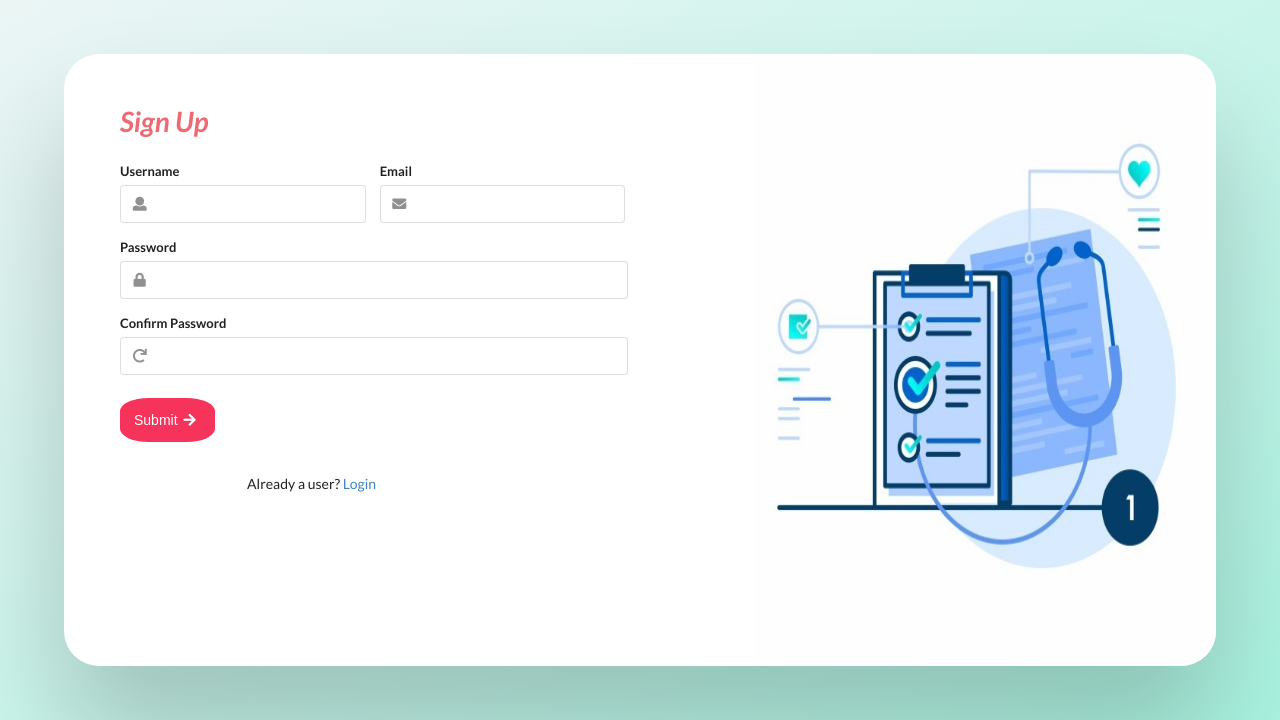
Repository: ajayaj2001/healthcare-digitization
Page: /register
The author's editor kept a copy of each file at every save. The page is drawn from the files as they stood at one save, then again after the next save.
The browser window is 1280 px wide. The pictures show the whole page.
The project was rebuilt for these pictures with package versions that can differ from the ones it lists, and the page was loaded fresh each time. Also part of the build but not shown: src/component/userType/UserType.scss, src/component/userType/UserType.js, src/component/login/Login.scss, src/component/login/loginForm/LoginForm.scss, src/component/login/loginForm/LoginForm.js, src/component/login/Login.js, src/component/doctorRegister/DoctorRegister.scss, src/component/doctorRegister/doctorRegisterForm/DoctorRegisterForm.js and 1 more.

Above is the page before, as saved 2021-03-13 11:37:08.

### public/index.html
<!DOCTYPE html>
<html lang="en">

<head>
  <meta charset="utf-8" />
  <meta name="viewport" content="width=device-width, initial-scale=1" />
  <meta name="theme-color" content="#000000" />
  <meta name="description" content="Web site created using create-react-app" />
  <link rel="stylesheet" href="https://fonts.googleapis.com/css?family=Roboto:300,400,500,700&display=swap" />
  <link rel="stylesheet" href="https://fonts.googleapis.com/icon?family=Material+Icons" />

  <!--
      manifest.json provides metadata used when your web app is installed on a
      user's mobile device or desktop. See https://developers.google.com/web/fundamentals/web-app-manifest/
    -->
  <!-- <link rel="manifest" href="%PUBLIC_URL%/manifest.json" /> -->
  <!--
      Notice the use of %PUBLIC_URL% in the tags above.
      It will be replaced with the URL of the `public` folder during the build.
      Only files inside the `public` folder can be referenced from the HTML.

      Unlike "/favicon.ico" or "favicon.ico", "%PUBLIC_URL%/favicon.ico" will
      work correctly both with client-side routing and a non-root public URL.
      Learn how to configure a non-root public URL by running `npm run build`.
    -->
  <title>medical</title>
</head>

<body>
  <noscript>You need to enable JavaScript to run this app.</noscript>
  <div id="root"></div>
  <!--
      This HTML file is a template.
      If you open it directly in the browser, you will see an empty page.

      You can add webfonts, meta tags, or analytics to this file.
      The build step will place the bundled scripts into the <body> tag.

      To begin the development, run `npm start` or `yarn start`.
      To create a production bundle, use `npm run build` or `yarn build`.
    -->
</body>

</html>

### src/index.js
import React from 'react';
import ReactDOM from 'react-dom';
import './index.scss';
import App from './component/app/App';
import 'semantic-ui-css/semantic.min.css'


ReactDOM.render(
  // <React.StrictMode>
    <App />
  // </React.StrictMode>
  ,
  document.getElementById('root')
);

### src/index.scss
code {
  font-family: source-code-pro, Menlo, Monaco, Consolas, "Courier New", monospace;
}
@mixin respond($breakpoint) {
  @if $breakpoint == phone {
    @media (max-width: 37.5em) {
      @content;
    }
  }

  @if $breakpoint == tab-land {
    @media (max-width: 75em) {
      @content;
    }
  }
  @if $breakpoint == tab-port {
    @media (max-width: 56.25em) {
      @content;
    }
  }
  @if $breakpoint == big-desktop {
    @media (min-width: 112.5em) {
      @content;
    }
  }
}

*,
*::after,
*::before {
  margin: 0;
  padding: 0;
  box-sizing: inherit;
}
body {
  font-family: "Lato", sans-serif;
  font-weight: 400;
  font-size: 16px;
  line-height: 1.7;
  color: #777;
  //padding: 30px;
  box-sizing: border-box;
  @include respond(tab-port) {
    padding: 0;
  }
}

html {
  font-size: 62.5%; //1rem=10px 10px/16px=62.5%
  @include respond(tab-land) {
    //width <1200
    font-size: 56.25%; //1rem=9px
  }
  @include respond(tab-port) {
    //<width <900
    font-size: 50%; //1rem=8px
  }
  // @include respond(phone) {
  //     //<width<600
  //     font-size: 40%; //1rem=4.8px
  // }
  @include respond(big-desktop) {
    //>1200
    font-size: 75%; //1rem=12
  }
}

### src/component/app/App.js
import './App.scss';

import UserType from "../userType/UserType";
import Login from '../login/Login';
import Register from '../register/Register';
import { BrowserRouter as Router,Route,Switch } from 'react-router-dom';
import DoctorRegister from '../doctorRegister/DoctorRegister';

function App() {
  return (
    <Router>
       <Switch>
          <Route path="/login">
           <Login/>
          </Route>
          <Route path="/register">
           <Register/>
          </Route>
          <Route path="/doctorRegister">
            <DoctorRegister/>
          </Route>
          <Route path="/">
            <UserType/>
          </Route>

        </Switch>
    {/* <div className="App">
    </div> */}
    </Router>
  );
}

export default App;

### src/component/register/Register.js
import React from 'react'

import './Register.scss'
import sideImage from '../../img/img-3.jpg'
import RegisterForm from './registerForm/RegisterForm'

const Register = () => {
    return (
        <div className="container">
            <div className="register">
                <div className="register__signup">
                    <div className="register__signup--form"><RegisterForm /></div>
                </div>

                <img src={sideImage} alt="rocket" className="register__image" />
            </div>
        </div>
    )
}

export default Register

### src/component/register/Register.scss
.container {
    margin: 0;
    background-image: linear-gradient(to right bottom, #ebf5f5, #9af1dbd8);
    height: 100vh;
    display: flex;
    justify-content: center;
    align-items: center;
}

.register {
    background-color: white;
    width: 90%;
    height: 85%;
    display: grid;
    grid-template-columns: 60% 40%;
    @media (max-width: 65em) {
        grid-template-columns: 100%;
      }
    border-radius: 2.5rem;
    overflow: hidden;
    box-shadow: 0 5rem 8rem rgba(black, 0.2);
    &__signup {
        display: flex;
        flex-direction: column;
        justify-content: space-between;

        &--form {
            height: 70%;
        }
    }

    &__image {
        width: 100%;
        height: 100%;
    }
    @media (max-width: 65em) {
        &__image {
            display: none;
        }
      }
}

### src/component/register/registerForm/RegisterForm.js
import React, { useState } from 'react'
import { Form, Icon, Message } from 'semantic-ui-react'
import { Link } from 'react-router-dom';
// import firebase from '../../../../firebase';
import './RegisterForm.scss'
const RegisterForm = () => {

    const [errors, seterrors] = useState("")
    const [username, setUsername] = useState("");
    const [email, setEmail] = useState("");
    const [password, setPassword] = useState("");
    const [confirmPassword, setConfirmPassword] = useState("");
    const [loading, setLoading] = useState(false);
    // const [usersRef] = useState(firebase.database().ref('users'));




    const isFormValid = () => {
        if (!username || !email || !password || !confirmPassword) {
            seterrors("Fill all the fields");
            return false;
        }
        else if (password.length < 6 || confirmPassword.length < 6) {
            if (password !== confirmPassword) {
                seterrors("Password dont match")
                return false;
            }
            else {
                seterrors("Password atleast have 6 character")
                return false;
            }
        }
        else {
            return true;
        }
    }


    const formSubmit = (event) => {
        event.preventDefault();
        if (isFormValid()) {
            setLoading(true)
            // firebase
            //     .auth()
            //     .createUserWithEmailAndPassword(email, password)
            //     .then(createdUser => {
            //         seterrors("");
            //         createdUser.user.updateProfile({
            //             displayName: username,
            //             photoURL: `http://gravatar.com/avatar/${md5(createdUser.user.email)}?d=identicon`
            //         })
            //             .then(() => {
            //                 usersRef.child(createdUser.user.uid).set({
            //                     name: createdUser.user.displayName,
            //                     avatar: createdUser.user.photoURL
            //                 });
            //                 setLoading(false);
            //             })
            //             .catch((err) => {
            //                 console.log(err);
            //                 setLoading(false);
            //                 seterrors(err.message);
            //             })
            //     })
            //     .catch(err => {
            //         seterrors(err.message);
            //         setLoading(false);
            //     });
        }
    }


    return (
        <div className="registerform">
            {
                errors ? <Message error className="registerform__error" ><h2>{errors}</h2></Message> : ""

            }

            <h4 className="registerform__heading">Sign Up </h4>
            <Form onSubmit={formSubmit}>
                <Form.Group >
                    <Form.Input
                        fluid
                        id='form-subcomponent-shorthand-input-first-name'
                        label='Username'
                        className="registerform__input1"
                        icon="user"
                        iconPosition="left"
                        type="text"
                        onChange={(event) => setUsername(event.target.value)}
                        value={username}
                    />
                    <Form.Input
                        fluid
                        id='form-subcomponent-shorthand-input-last-name'
                        label='Email'
                        icon="mail"
                        iconPosition="left"
                        type="email"
                        onChange={(event) => setEmail(event.target.value)}
                        value={email}

                        className={errors.toLowerCase().includes('email') ? 'error  registerform__input1' : ' registerform__input1'}
                    />
                </Form.Group>
                <Form.Input
                    fluid
                    name="username"
                    icon="lock"
                    iconPosition="left"
                    label="Password"
                    type="password"
                    onChange={(event) => setPassword(event.target.value)}
                    value={password}
                    className={errors.toLowerCase().includes('password') ? 'error registerform__input2' : ' registerform__input2'}
                />
                <Form.Input
                    fluid
                    name="username"
                    icon="repeat"
                    iconPosition="left"
                    label="Confirm Password"
                    type="password"
                    onChange={(event) => setConfirmPassword(event.target.value)}
                    value={confirmPassword}
                    className={errors.toLowerCase().includes('password dont match') ? 'error registerform__input2' : 'registerform__input2'}
                />
                <button type='submit' disabled={loading} className={loading ? 'loading registerform__button' : "registerform__button"} >Submit <Icon name="arrow right" /> </button>
            </Form>
            <div className="registerform__link">Already a user?<Link to="/login">  Login</Link></div>

        </div>
    )
}

export default RegisterForm

### src/component/register/registerForm/RegisterForm.scss
.registerform {
    margin-top: 3.5rem;
    padding-left: 4rem;
    &__heading {
        padding-bottom: 0.6rem;
        color: #ef6973;
        font-size: 2rem;
        font-weight: 900;
        font-style: italic;
    }
    &__input1 {
        width: 40%;
    }
    &__input2 {
        width: 80%;
    }
    &__button {
        background-color: #f6335b;
        border: none;
        padding: 1rem 1rem;
        border-radius: 30%;
        color: white;
        margin-top: 0.6rem;
    }
    &__button:focus,&__button:hover {
        outline: none;
        background-color: #fd012b;
    }
    &__link {
        padding-left: 20%;
        padding-top: 5%;
    }
    &__error {
        margin-top: -2rem !important;
        padding: 1.3rem !important;
    }
}

### src/component/doctorRegister/doctorRegisterForm/DoctorRegisterForm.scss
.doctorRegisterForm{
    &__heading{
        font-size: 1rem;
    }
}

Loaded but not shown: src/component/app/App.scss (no stored copy; drawn as an empty file)

After the next save:
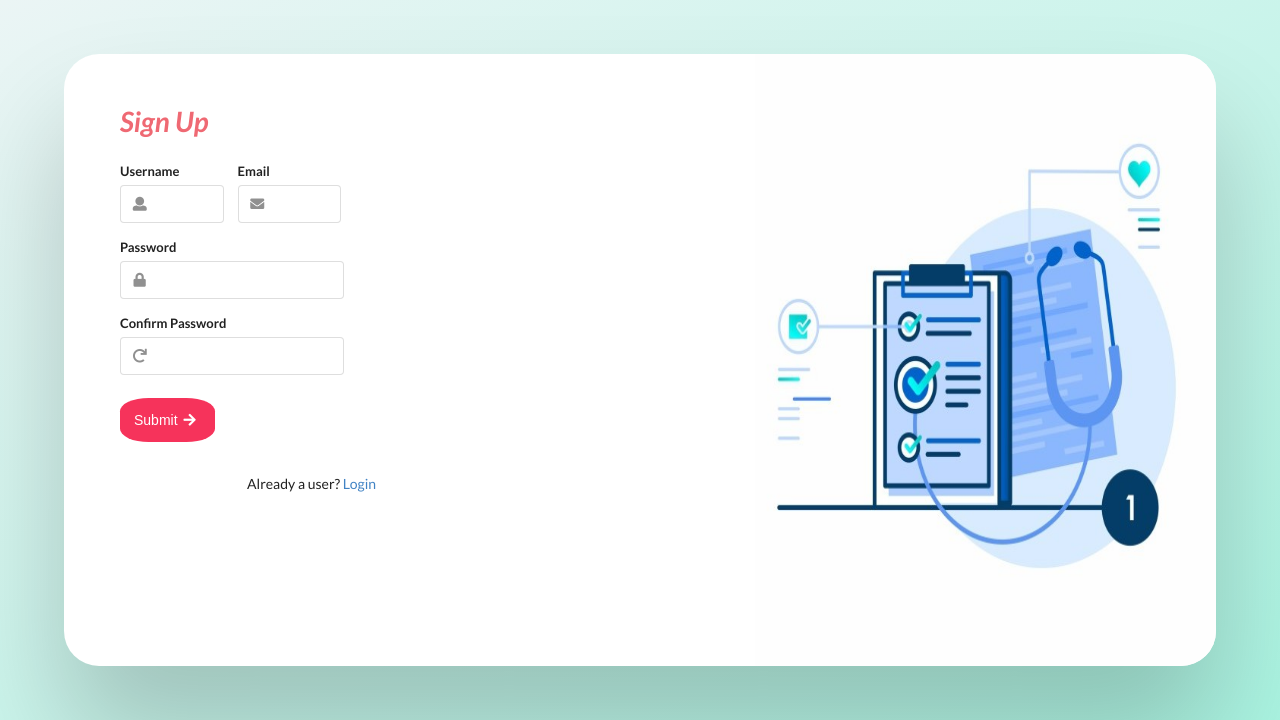
Saved 75 s later.
--- a/src/component/doctorRegister/doctorRegisterForm/DoctorRegisterForm.scss
+++ b/src/component/doctorRegister/doctorRegisterForm/DoctorRegisterForm.scss
@@ -3,3 +3,7 @@
         font-size: 1rem;
     }
 }
+
+.ui.form{
+    width: 20rem;
+}

After the save that followed:
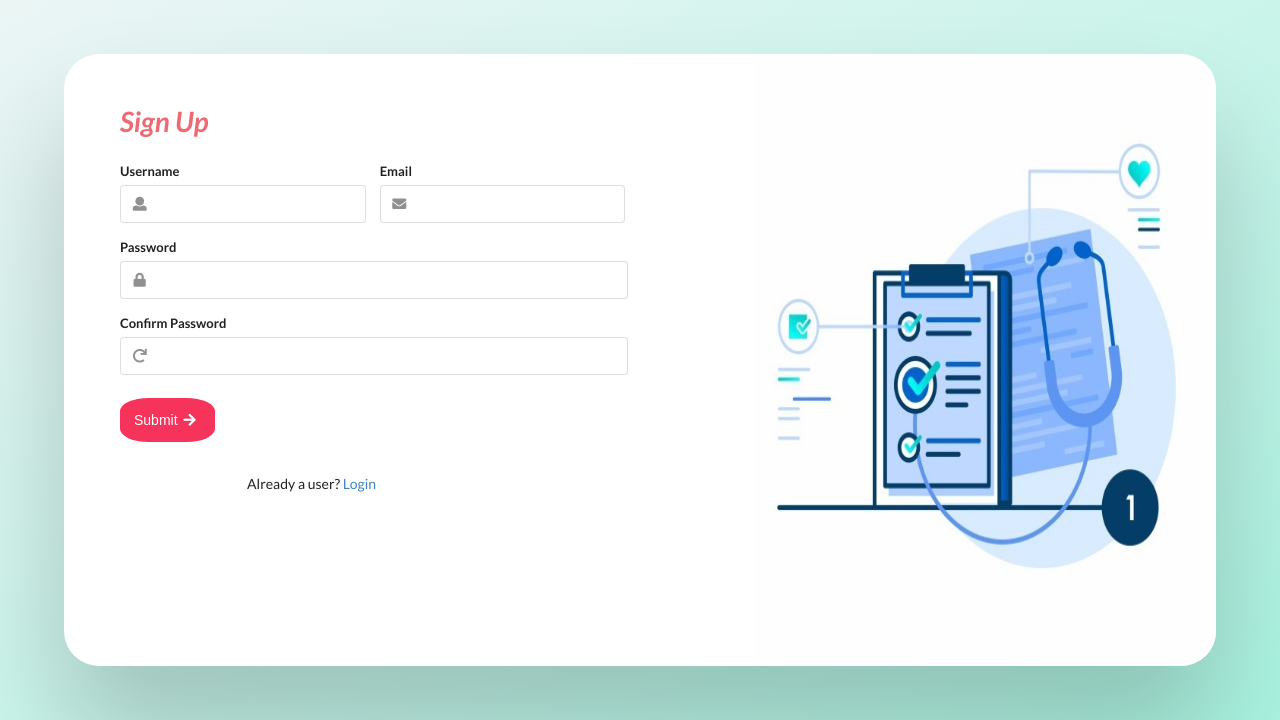
Saved 8 s later.
--- a/src/component/doctorRegister/doctorRegisterForm/DoctorRegisterForm.scss
+++ b/src/component/doctorRegister/doctorRegisterForm/DoctorRegisterForm.scss
@@ -5,5 +5,5 @@
 }
 
 .ui.form{
-    width: 20rem;
+    width: 60rem;
 }
